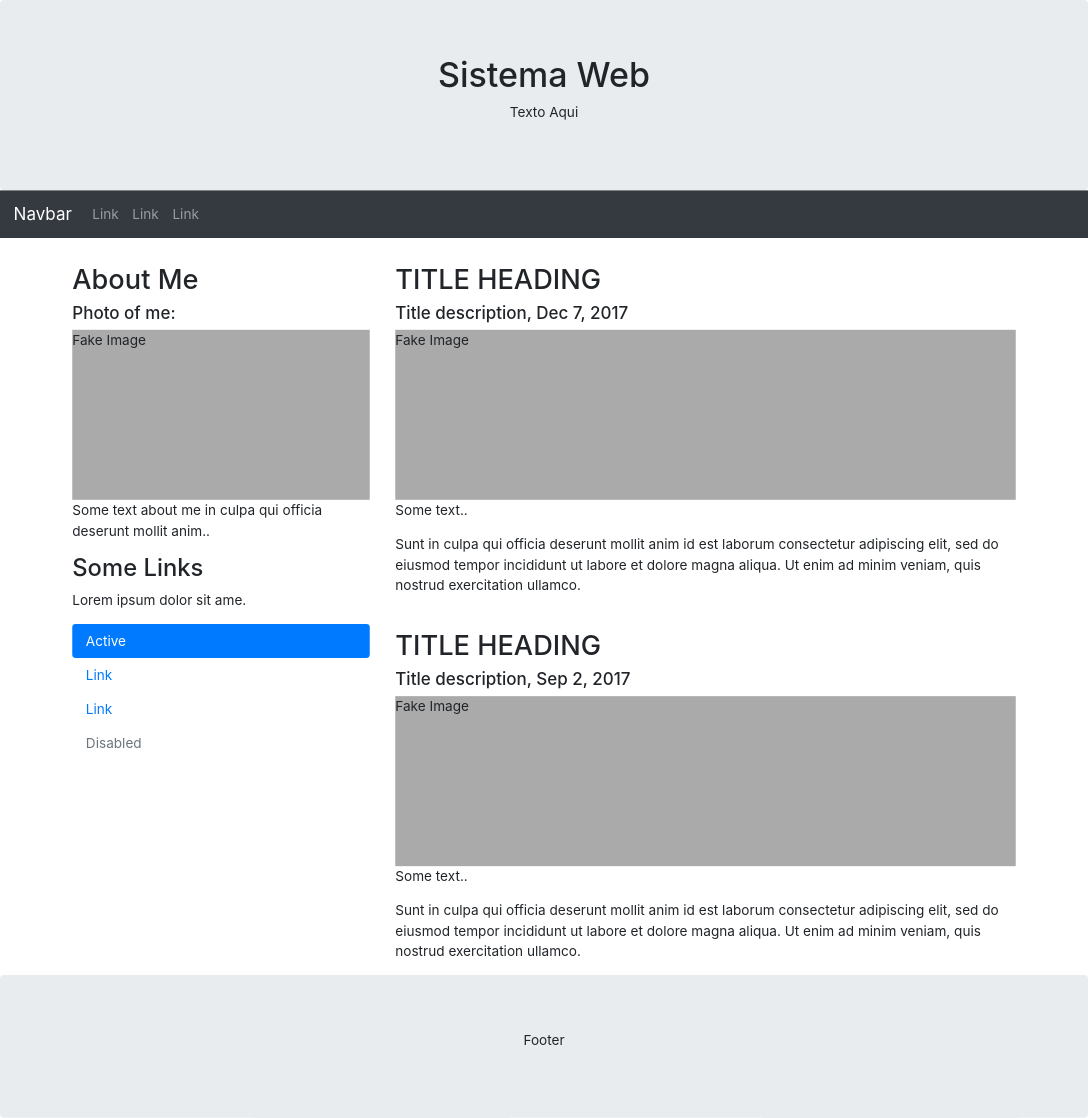
Repository: LucasLopesAguiar/JavaWeb-1
Page: sistemaweb/WebContent/index.html
These files come from the project's save history. The page is drawn as it stood at one moment and after the next save; the edit follows.
The browser window is 1280 px wide. The pictures show the whole page, at 85% of full size.

Above is the page before, as saved 2019-05-10 00:50:55.

### sistemaweb/WebContent/index.html
<!DOCTYPE html>
<html lang="en">
<head>
  <title>Sistema Web</title>
  <meta charset="utf-8">
  <meta name="viewport" content="width=device-width, initial-scale=1">
  <link rel="stylesheet" href="https://maxcdn.bootstrapcdn.com/bootstrap/4.3.1/css/bootstrap.min.css">
  <script src="https://ajax.googleapis.com/ajax/libs/jquery/3.4.0/jquery.min.js"></script>
  <script src="https://cdnjs.cloudflare.com/ajax/libs/popper.js/1.14.7/umd/popper.min.js"></script>
  <script src="https://maxcdn.bootstrapcdn.com/bootstrap/4.3.1/js/bootstrap.min.js"></script>
  <style>
  .fakeimg {
    height: 200px;
    background: #aaa;
  }
  </style>
</head>
<body>

<div class="jumbotron text-center" style="margin-bottom:0">
  <h1>Sistema Web</h1>
  <p>Texto Aqui</p>
</div>

<nav class="navbar navbar-expand-sm bg-dark navbar-dark">
  <a class="navbar-brand" href="#">Navbar</a>
  <button class="navbar-toggler" type="button" data-toggle="collapse" data-target="#collapsibleNavbar">
    <span class="navbar-toggler-icon"></span>
  </button>
  <div class="collapse navbar-collapse" id="collapsibleNavbar">
    <ul class="navbar-nav">
      <li class="nav-item">
        <a class="nav-link" href="#">Link</a>
      </li>
      <li class="nav-item">
        <a class="nav-link" href="#">Link</a>
      </li>
      <li class="nav-item">
        <a class="nav-link" href="#">Link</a>
      </li>
    </ul>
  </div>
</nav>

<div class="container" style="margin-top:30px">
  <div class="row">
    <div class="col-sm-4">
      <h2>About Me</h2>
      <h5>Photo of me:</h5>
      <div class="fakeimg">Fake Image</div>
      <p>Some text about me in culpa qui officia deserunt mollit anim..</p>
      <h3>Some Links</h3>
      <p>Lorem ipsum dolor sit ame.</p>
      <ul class="nav nav-pills flex-column">
        <li class="nav-item">
          <a class="nav-link active" href="#">Active</a>
        </li>
        <li class="nav-item">
          <a class="nav-link" href="#">Link</a>
        </li>
        <li class="nav-item">
          <a class="nav-link" href="#">Link</a>
        </li>
        <li class="nav-item">
          <a class="nav-link disabled" href="#">Disabled</a>
        </li>
      </ul>
      <hr class="d-sm-none">
    </div>
    <div class="col-sm-8">
      <h2>TITLE HEADING</h2>
      <h5>Title description, Dec 7, 2017</h5>
      <div class="fakeimg">Fake Image</div>
      <p>Some text..</p>
      <p>Sunt in culpa qui officia deserunt mollit anim id est laborum consectetur adipiscing elit, sed do eiusmod tempor incididunt ut labore et dolore magna aliqua. Ut enim ad minim veniam, quis nostrud exercitation ullamco.</p>
      <br>
      <h2>TITLE HEADING</h2>
      <h5>Title description, Sep 2, 2017</h5>
      <div class="fakeimg">Fake Image</div>
      <p>Some text..</p>
      <p>Sunt in culpa qui officia deserunt mollit anim id est laborum consectetur adipiscing elit, sed do eiusmod tempor incididunt ut labore et dolore magna aliqua. Ut enim ad minim veniam, quis nostrud exercitation ullamco.</p>
    </div>
  </div>
</div>

<div class="jumbotron text-center" style="margin-bottom:0">
  <p>Footer</p>
</div>

</body>
</html>

After the next save:
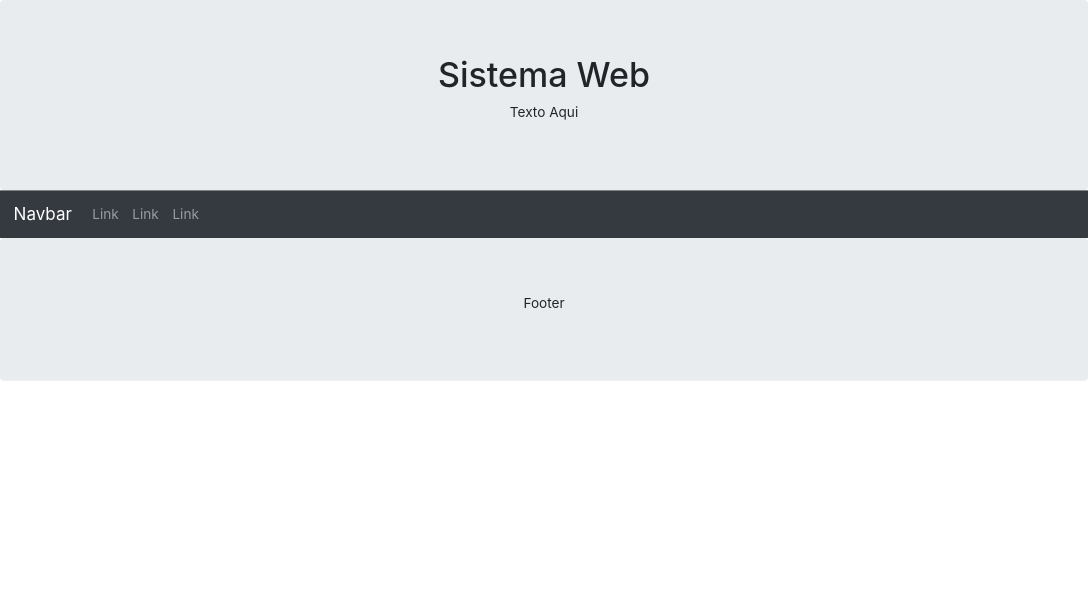
Saved 2 min 47 s later.
--- a/sistemaweb/WebContent/index.html
+++ b/sistemaweb/WebContent/index.html
@@ -42,46 +42,7 @@
   </div>
 </nav>
 
-<div class="container" style="margin-top:30px">
-  <div class="row">
-    <div class="col-sm-4">
-      <h2>About Me</h2>
-      <h5>Photo of me:</h5>
-      <div class="fakeimg">Fake Image</div>
-      <p>Some text about me in culpa qui officia deserunt mollit anim..</p>
-      <h3>Some Links</h3>
-      <p>Lorem ipsum dolor sit ame.</p>
-      <ul class="nav nav-pills flex-column">
-        <li class="nav-item">
-          <a class="nav-link active" href="#">Active</a>
-        </li>
-        <li class="nav-item">
-          <a class="nav-link" href="#">Link</a>
-        </li>
-        <li class="nav-item">
-          <a class="nav-link" href="#">Link</a>
-        </li>
-        <li class="nav-item">
-          <a class="nav-link disabled" href="#">Disabled</a>
-        </li>
-      </ul>
-      <hr class="d-sm-none">
-    </div>
-    <div class="col-sm-8">
-      <h2>TITLE HEADING</h2>
-      <h5>Title description, Dec 7, 2017</h5>
-      <div class="fakeimg">Fake Image</div>
-      <p>Some text..</p>
-      <p>Sunt in culpa qui officia deserunt mollit anim id est laborum consectetur adipiscing elit, sed do eiusmod tempor incididunt ut labore et dolore magna aliqua. Ut enim ad minim veniam, quis nostrud exercitation ullamco.</p>
-      <br>
-      <h2>TITLE HEADING</h2>
-      <h5>Title description, Sep 2, 2017</h5>
-      <div class="fakeimg">Fake Image</div>
-      <p>Some text..</p>
-      <p>Sunt in culpa qui officia deserunt mollit anim id est laborum consectetur adipiscing elit, sed do eiusmod tempor incididunt ut labore et dolore magna aliqua. Ut enim ad minim veniam, quis nostrud exercitation ullamco.</p>
-    </div>
-  </div>
-</div>
+
 
 <div class="jumbotron text-center" style="margin-bottom:0">
   <p>Footer</p>
